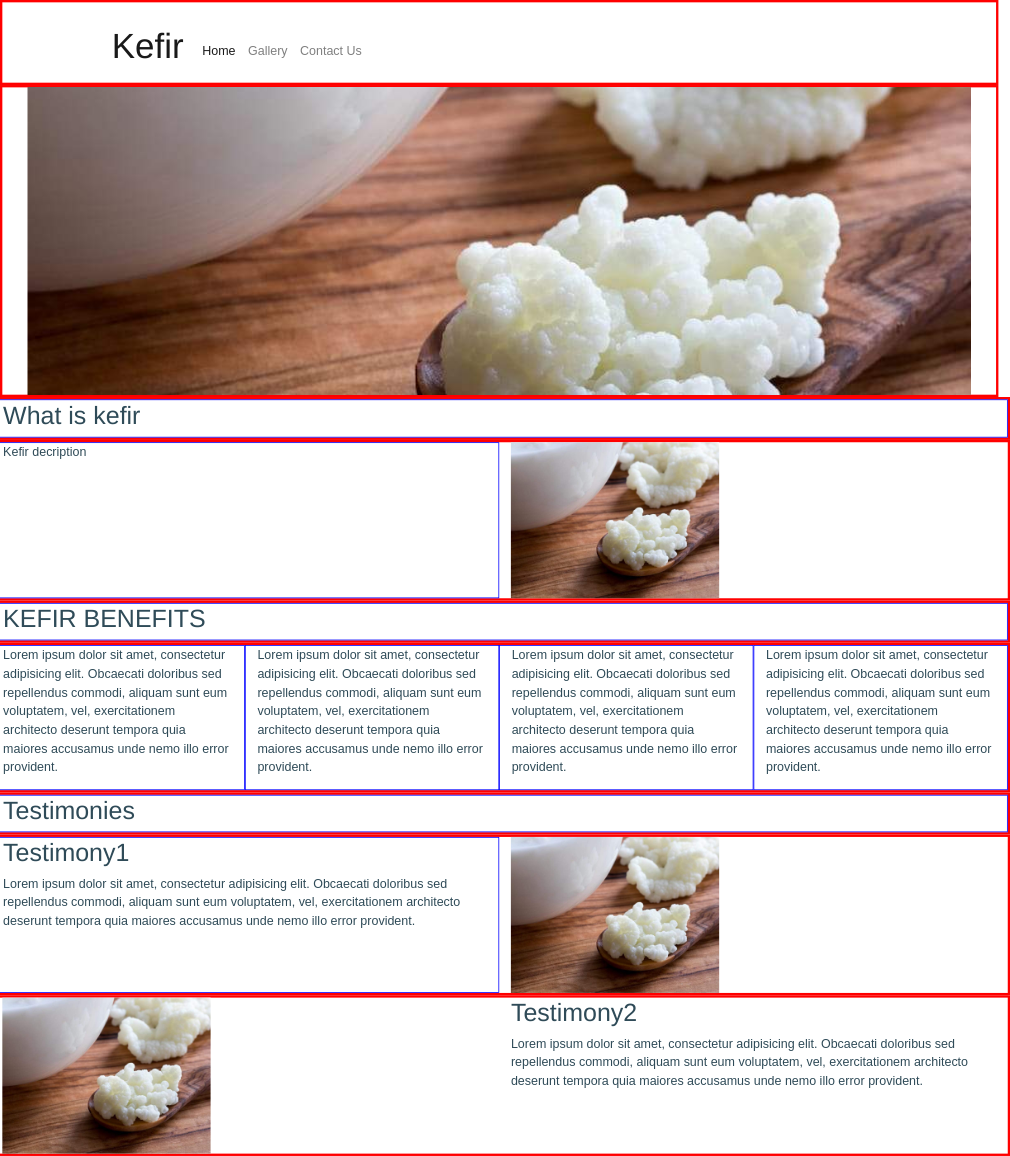
Repository: andna5980/kefir-web
Page: src/index.html
These files come from the project's save history. The page is drawn as it stood at one moment and after the next save; the edit follows.
The browser window is 1280 px wide. The page is 1295 px wide, so the pictures cover 1295 px, including what lies to the right of the window. The pictures show the whole page, at 78% of full size.
Some web fonts or font styles are not loaded; a fallback is used. Some web libraries are served in a nearby version.

Above is the page before, as saved 2021-02-28 12:32:09.

After the next save:
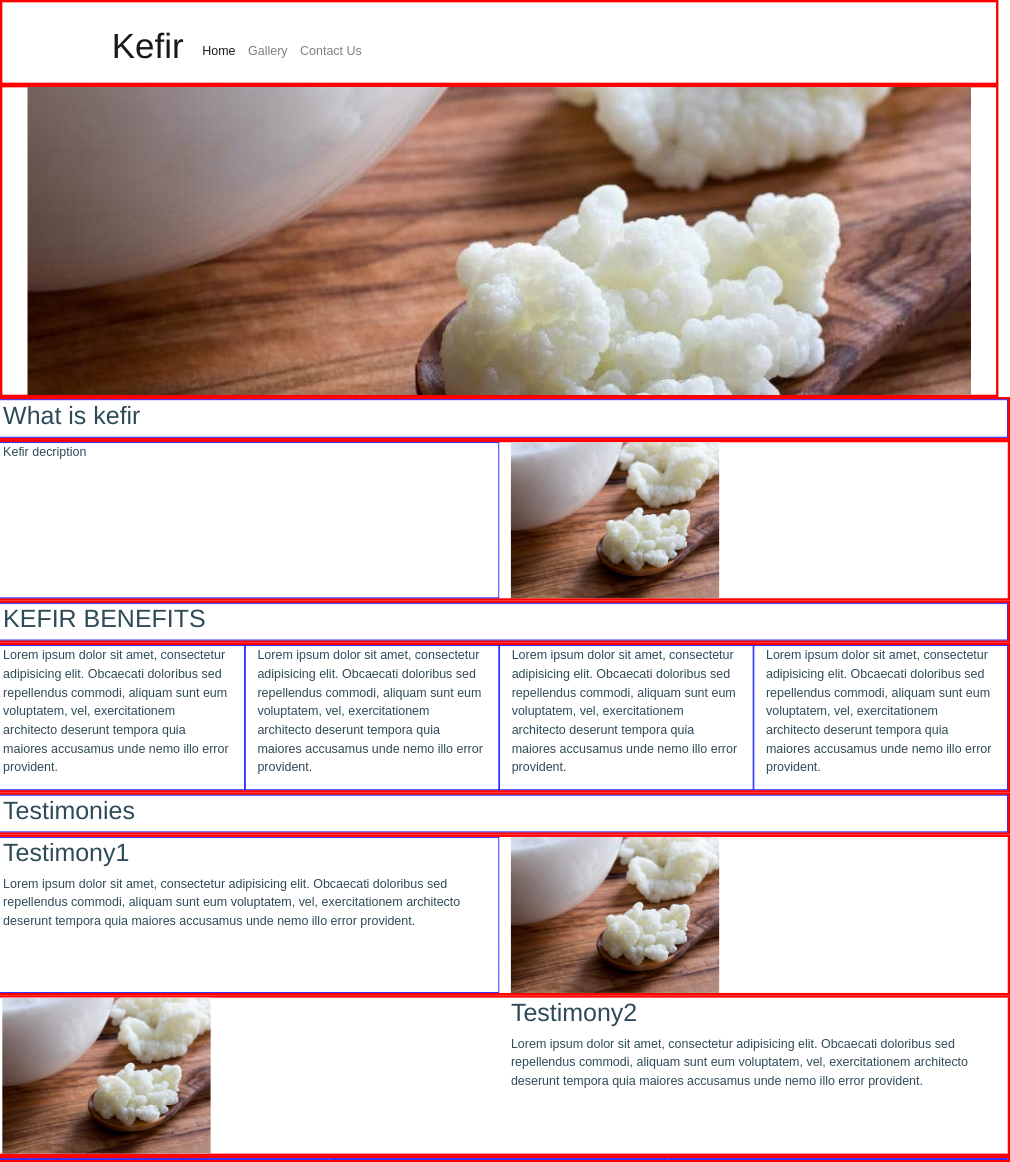
Saved 94 s later.
--- a/src/index.html
+++ b/src/index.html
@@ -137,13 +137,16 @@
           unde nemo illo error provident.</p>
       </div>
     </div>
-
   </section>
 
-
-
 </body>
-
+<footer>
+  <div class="test-red row">
+    <div class="test-blue col-4"></div>
+    <div class="test-blue col-4"></div>
+    <div class="test-blue col-4"></div>
+  </div>
+</footer>
 
 
 
